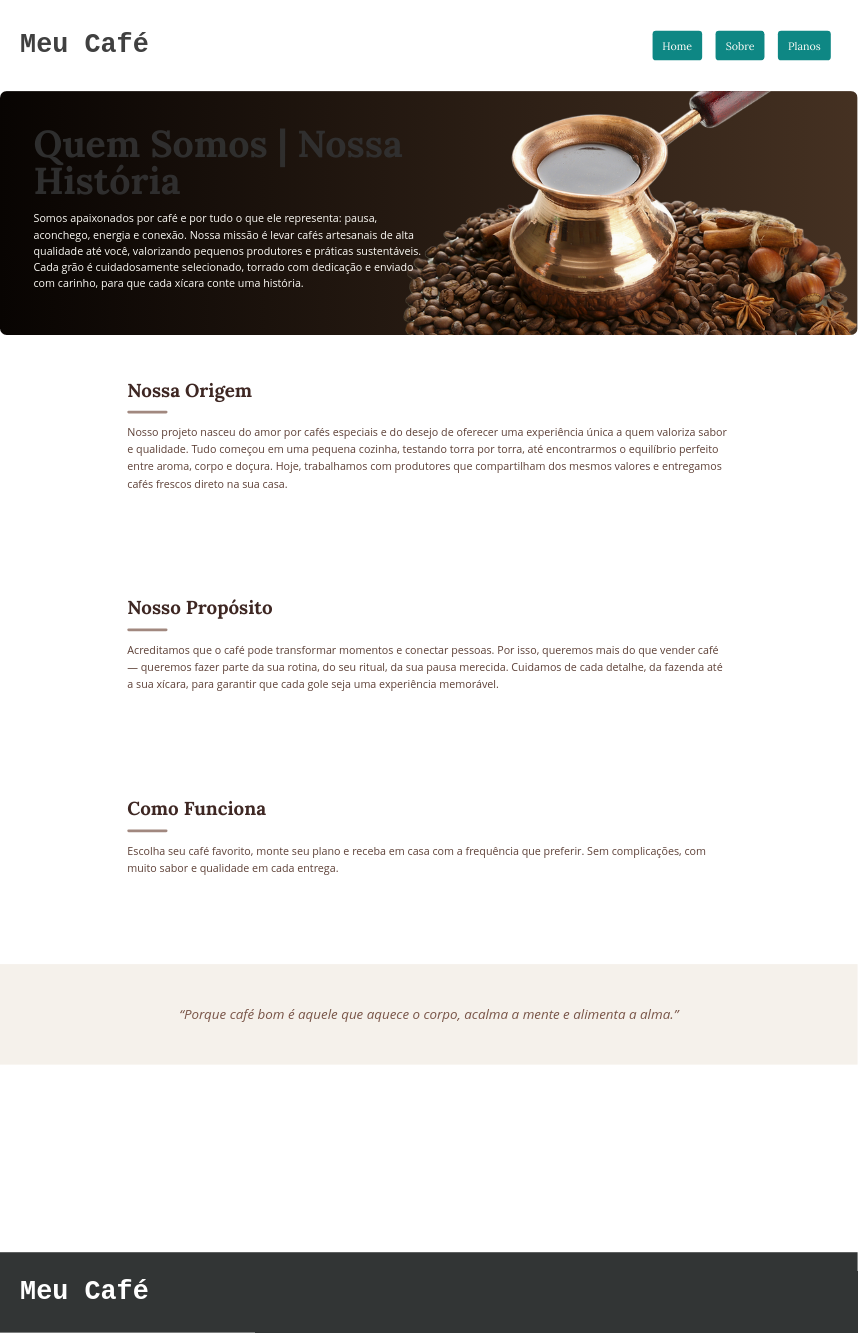
Repository: meiotera/meu_cafe.dev
Page: /sobre
The author's editor kept a copy of each file at every save. The page is drawn from the files as they stood at one save, then again after the next save.
The browser window is 1280 px wide. The pictures show the whole page, at 67% of full size.
The project was rebuilt for these pictures with package versions that can differ from the ones it lists, and the page was loaded fresh each time. Also part of the build but not shown: vite.config.js, src/Pages/Home.module.css, src/components/Card/Card.module.css, src/components/Card/Card.jsx, src/Pages/Home.jsx, src/Pages/YourPlane.jsx.

Above is the page before, as saved 2025-04-03 19:03:24.

After the next save:
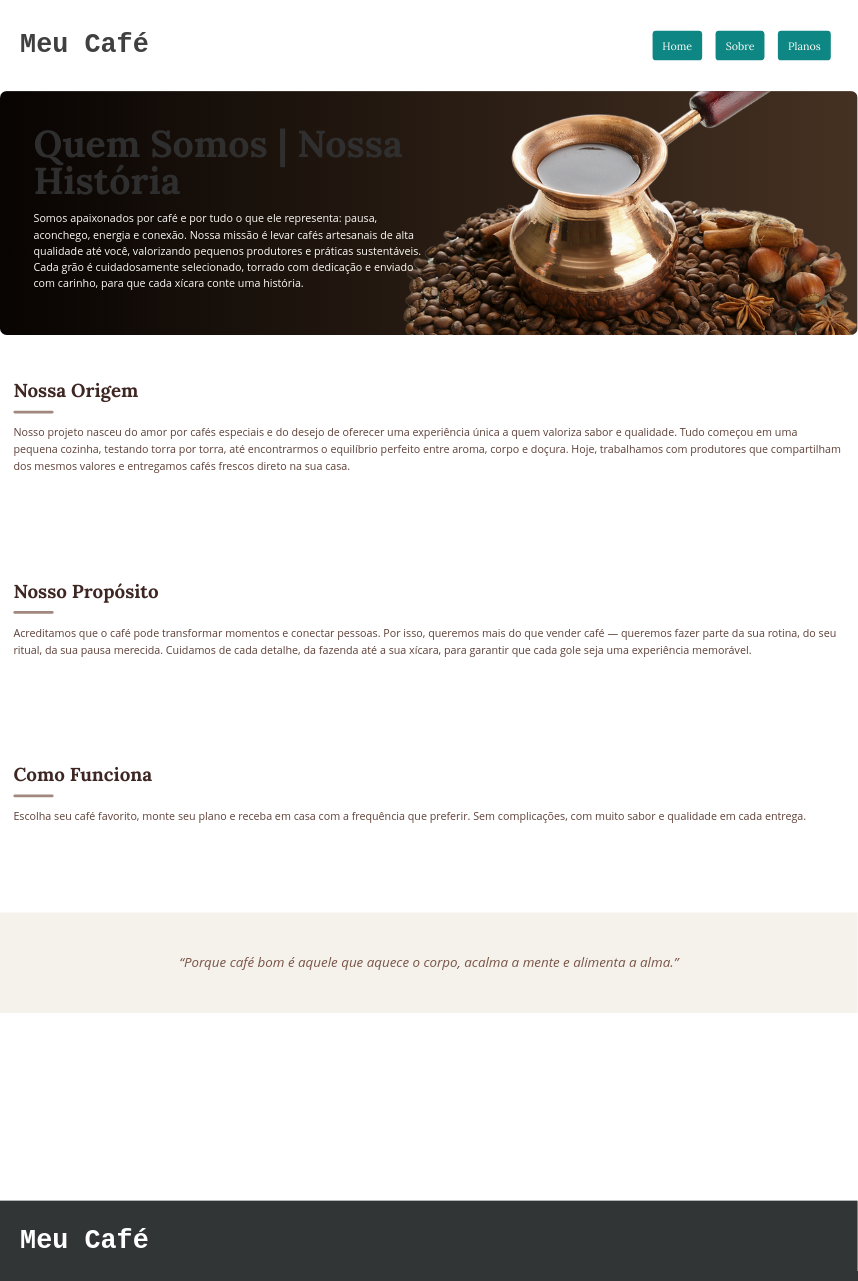
Saved 73 s later.
--- a/src/Pages/AboutUs.module.css
+++ b/src/Pages/AboutUs.module.css
@@ -1,6 +1,6 @@
 .section {
   padding: 60px 20px;
-  max-width: 900px;
+
   margin: 0 auto;
   font-family: 'Segoe UI', sans-serif;
   color: #4e342e;
